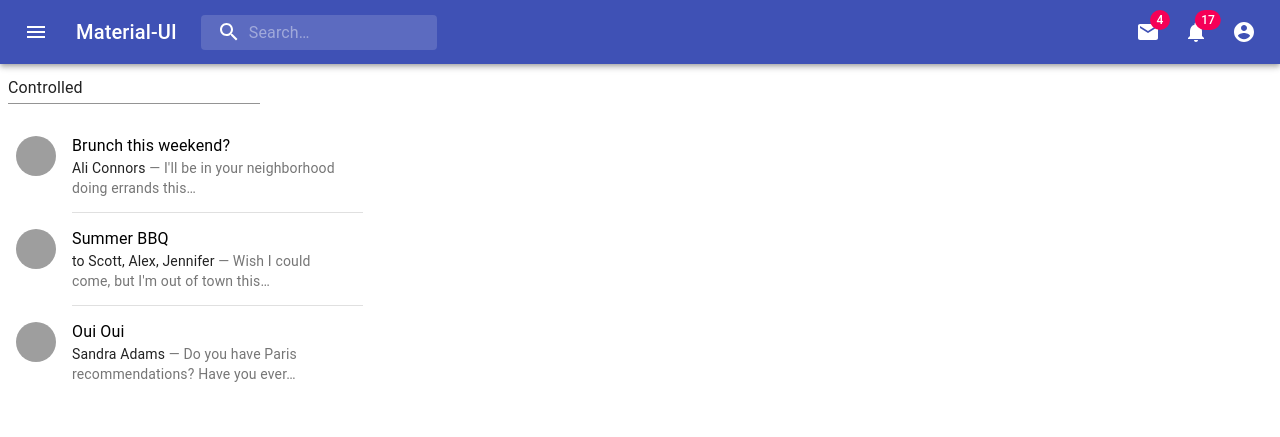
Repository: lude22/react_chat
Page: /
These files come from the project's save history. The page is drawn as it stood at one moment and after the next save; the edit follows.
The browser window is 1280 px wide. The pictures show the whole page.
Pictures or frames that could not be fetched are drawn as grey boxes. The project was rebuilt for these pictures with package versions that can differ from the ones it lists, and the page was loaded fresh each time. Also part of the build but not shown: webpack.config.js, src/App.css, src/styles/ChatList.css.

Above is the page before, as saved 2020-08-02 11:34:40.

### src/App.js
import React, {Component} from 'react';
// import logo from './logo.svg';
import './App.css';
import ButtonAppSearchBar from './components/ButtonAppSearchBar.js'
import InputField from './components/InputField.js'
import ChatList from './components/ChatList.js'

import './styles/ChatList.css'

class App extends Component{
  render(){
    return(
      <React.Fragment>
        <ButtonAppSearchBar />
        <InputField />
        <div classname="ChatList">
          <ChatList />
        </div>
      </React.Fragment>
    )
  }
}

// function App() {
//   return (
//     <div className="App">
//       <header className="App-header">
//         <img src={logo} className="App-logo" alt="logo" />
//         <p>
//           Edit <code>src/App.js</code> and save to reload.
//         </p>
//         <a
//           className="App-link"
//           href="https://reactjs.org"
//           target="_blank"
//           rel="noopener noreferrer"
//         >
//           Learn React
//         </a>
//       </header>
//     </div>
//   );
// }

export default App;

### src/components/ButtonAppSearchBar.js
import React from 'react';
import { fade, makeStyles } from '@material-ui/core/styles';
import AppBar from '@material-ui/core/AppBar';
import Toolbar from '@material-ui/core/Toolbar';
import IconButton from '@material-ui/core/IconButton';
import Typography from '@material-ui/core/Typography';
import InputBase from '@material-ui/core/InputBase';
import Badge from '@material-ui/core/Badge';
import MenuItem from '@material-ui/core/MenuItem';
import Menu from '@material-ui/core/Menu';
import MenuIcon from '@material-ui/icons/Menu';
import SearchIcon from '@material-ui/icons/Search';
import AccountCircle from '@material-ui/icons/AccountCircle';
import MailIcon from '@material-ui/icons/Mail';
import NotificationsIcon from '@material-ui/icons/Notifications';
import MoreIcon from '@material-ui/icons/MoreVert';

const useStyles = makeStyles((theme) => ({
  grow: {
    flexGrow: 1,
  },
  menuButton: {
    marginRight: theme.spacing(2),
  },
  title: {
    display: 'none',
    [theme.breakpoints.up('sm')]: {
      display: 'block',
    },
  },
  search: {
    position: 'relative',
    borderRadius: theme.shape.borderRadius,
    backgroundColor: fade(theme.palette.common.white, 0.15),
    '&:hover': {
      backgroundColor: fade(theme.palette.common.white, 0.25),
    },
    marginRight: theme.spacing(2),
    marginLeft: 0,
    width: '100%',
    [theme.breakpoints.up('sm')]: {
      marginLeft: theme.spacing(3),
      width: 'auto',
    },
  },
  searchIcon: {
    padding: theme.spacing(0, 2),
    height: '100%',
    position: 'absolute',
    pointerEvents: 'none',
    display: 'flex',
    alignItems: 'center',
    justifyContent: 'center',
  },
  inputRoot: {
    color: 'inherit',
  },
  inputInput: {
    padding: theme.spacing(1, 1, 1, 0),
    // vertical padding + font size from searchIcon
    paddingLeft: `calc(1em + ${theme.spacing(4)}px)`,
    transition: theme.transitions.create('width'),
    width: '100%',
    [theme.breakpoints.up('md')]: {
      width: '20ch',
    },
  },
  sectionDesktop: {
    display: 'none',
    [theme.breakpoints.up('md')]: {
      display: 'flex',
    },
  },
  sectionMobile: {
    display: 'flex',
    [theme.breakpoints.up('md')]: {
      display: 'none',
    },
  },
}));

export default function PrimarySearchAppBar() {
  const classes = useStyles();
  const [anchorEl, setAnchorEl] = React.useState(null);
  const [mobileMoreAnchorEl, setMobileMoreAnchorEl] = React.useState(null);

  const isMenuOpen = Boolean(anchorEl);
  const isMobileMenuOpen = Boolean(mobileMoreAnchorEl);

  const handleProfileMenuOpen = (event) => {
    setAnchorEl(event.currentTarget);
  };

  const handleMobileMenuClose = () => {
    setMobileMoreAnchorEl(null);
  };

  const handleMenuClose = () => {
    setAnchorEl(null);
    handleMobileMenuClose();
  };

  const handleMobileMenuOpen = (event) => {
    setMobileMoreAnchorEl(event.currentTarget);
  };

  const menuId = 'primary-search-account-menu';
  const renderMenu = (
    <Menu
      anchorEl={anchorEl}
      anchorOrigin={{ vertical: 'top', horizontal: 'right' }}
      id={menuId}
      keepMounted
      transformOrigin={{ vertical: 'top', horizontal: 'right' }}
      open={isMenuOpen}
      onClose={handleMenuClose}
    >
      <MenuItem onClick={handleMenuClose}>Profile</MenuItem>
      <MenuItem onClick={handleMenuClose}>My account</MenuItem>
    </Menu>
  );

  const mobileMenuId = 'primary-search-account-menu-mobile';
  const renderMobileMenu = (
    <Menu
      anchorEl={mobileMoreAnchorEl}
      anchorOrigin={{ vertical: 'top', horizontal: 'right' }}
      id={mobileMenuId}
      keepMounted
      transformOrigin={{ vertical: 'top', horizontal: 'right' }}
      open={isMobileMenuOpen}
      onClose={handleMobileMenuClose}
    >
      <MenuItem>
        <IconButton aria-label="show 4 new mails" color="inherit">
          <Badge badgeContent={4} color="secondary">
            <MailIcon />
          </Badge>
        </IconButton>
        <p>Messages</p>
      </MenuItem>
      <MenuItem>
        <IconButton aria-label="show 11 new notifications" color="inherit">
          <Badge badgeContent={11} color="secondary">
            <NotificationsIcon />
          </Badge>
        </IconButton>
        <p>Notifications</p>
      </MenuItem>
      <MenuItem onClick={handleProfileMenuOpen}>
        <IconButton
          aria-label="account of current user"
          aria-controls="primary-search-account-menu"
          aria-haspopup="true"
          color="inherit"
        >
          <AccountCircle />
        </IconButton>
        <p>Profile</p>
      </MenuItem>
    </Menu>
  );

  return (
    <div className={classes.grow}>
      <AppBar position="static">
        <Toolbar>
          <IconButton
            edge="start"
            className={classes.menuButton}
            color="inherit"
            aria-label="open drawer"
          >
            <MenuIcon />
          </IconButton>
          <Typography className={classes.title} variant="h6" noWrap>
            Material-UI
          </Typography>
          <div className={classes.search}>
            <div className={classes.searchIcon}>
              <SearchIcon />
            </div>
            <InputBase
              placeholder="Search…"
              classes={{
                root: classes.inputRoot,
                input: classes.inputInput,
              }}
              inputProps={{ 'aria-label': 'search' }}
            />
          </div>
          <div className={classes.grow} />
          <div className={classes.sectionDesktop}>
            <IconButton aria-label="show 4 new mails" color="inherit">
              <Badge badgeContent={4} color="secondary">
                <MailIcon />
              </Badge>
            </IconButton>
            <IconButton aria-label="show 17 new notifications" color="inherit">
              <Badge badgeContent={17} color="secondary">
                <NotificationsIcon />
              </Badge>
            </IconButton>
            <IconButton
              edge="end"
              aria-label="account of current user"
              aria-controls={menuId}
              aria-haspopup="true"
              onClick={handleProfileMenuOpen}
              color="inherit"
            >
              <AccountCircle />
            </IconButton>
          </div>
          <div className={classes.sectionMobile}>
            <IconButton
              aria-label="show more"
              aria-controls={mobileMenuId}
              aria-haspopup="true"
              onClick={handleMobileMenuOpen}
              color="inherit"
            >
              <MoreIcon />
            </IconButton>
          </div>
        </Toolbar>
      </AppBar>
      {renderMobileMenu}
      {renderMenu}
    </div>
  );
}

### src/components/InputField.js
import React from 'react';
import { makeStyles } from '@material-ui/core/styles';
import TextField from '@material-ui/core/TextField';

const useStyles = makeStyles((theme) => ({
  root: {
    '& .MuiTextField-root': {
      margin: theme.spacing(1),
      width: '25ch',
    },
  },
}));

export default function MultilineTextFields() {
  const classes = useStyles();
  const [value, setValue] = React.useState('Controlled');

  const handleChange = (event) => {
    setValue(event.target.value);
  };

  return (
    <form className={classes.root} noValidate autoComplete="off">
      <div>
        <TextField
          id="standard-multiline-flexible"
        //   label="Multiline"
          multiline
          rowsMax={4}
          value={value}
          onChange={handleChange}
        />
        {/* <TextField
          id="standard-textarea"
          label="Multiline Placeholder"
          placeholder="Placeholder"
          multiline
        />
        <TextField
          id="standard-multiline-static"
          label="Multiline"
          multiline
          rows={4}
          defaultValue="Default Value"
        />
      </div>
      <div>
        <TextField
          id="filled-multiline-flexible"
          label="Multiline"
          multiline
          rowsMax={4}
          value={value}
          onChange={handleChange}
          variant="filled"
        />
        <TextField
          id="filled-textarea"
          label="Multiline Placeholder"
          placeholder="Placeholder"
          multiline
          variant="filled"
        />
        <TextField
          id="filled-multiline-static"
          label="Multiline"
          multiline
          rows={4}
          defaultValue="Default Value"
          variant="filled"
        />
      </div>
      <div>
        <TextField
          id="outlined-multiline-flexible"
          label="Multiline"
          multiline
          rowsMax={4}
          value={value}
          onChange={handleChange}
          variant="outlined"
        />
        <TextField
          id="outlined-textarea"
          label="Multiline Placeholder"
          placeholder="Placeholder"
          multiline
          variant="outlined"
        />
        <TextField
          id="outlined-multiline-static"
          label="Multiline"
          multiline
          rows={4}
          defaultValue="Default Value"
          variant="outlined"
        /> */}
      </div>
    </form>
  );
}

### src/components/ChatList.js
import React from 'react';
import { makeStyles } from '@material-ui/core/styles';
import List from '@material-ui/core/List';
import ListItem from '@material-ui/core/ListItem';
import Divider from '@material-ui/core/Divider';
import ListItemText from '@material-ui/core/ListItemText';
import ListItemAvatar from '@material-ui/core/ListItemAvatar';
import Avatar from '@material-ui/core/Avatar';
import Typography from '@material-ui/core/Typography';

const useStyles = makeStyles((theme) => ({
  root: {
    width: '100%',
    maxWidth: '36ch',
    backgroundColor: theme.palette.background.paper,
  },
  inline: {
    display: 'inline',
  },
}));

export default function AlignItemsList() {
  const classes = useStyles();

  return (
    <List className={classes.root}>
      <ListItem alignItems="flex-start">
        <ListItemAvatar>
          <Avatar alt="Remy Sharp" src="/static/images/avatar/1.jpg" />
        </ListItemAvatar>
        <ListItemText
          primary="Brunch this weekend?"
          secondary={
            <React.Fragment>
              <Typography
                component="span"
                variant="body2"
                className={classes.inline}
                color="textPrimary"
              >
                Ali Connors
              </Typography>
              {" — I'll be in your neighborhood doing errands this…"}
            </React.Fragment>
          }
        />
      </ListItem>
      <Divider variant="inset" component="li" />
      <ListItem alignItems="flex-start">
        <ListItemAvatar>
          <Avatar alt="Travis Howard" src="/static/images/avatar/2.jpg" />
        </ListItemAvatar>
        <ListItemText
          primary="Summer BBQ"
          secondary={
            <React.Fragment>
              <Typography
                component="span"
                variant="body2"
                className={classes.inline}
                color="textPrimary"
              >
                to Scott, Alex, Jennifer
              </Typography>
              {" — Wish I could come, but I'm out of town this…"}
            </React.Fragment>
          }
        />
      </ListItem>
      <Divider variant="inset" component="li" />
      <ListItem alignItems="flex-start">
        <ListItemAvatar>
          <Avatar alt="Cindy Baker" src="/static/images/avatar/3.jpg" />
        </ListItemAvatar>
        <ListItemText
          primary="Oui Oui"
          secondary={
            <React.Fragment>
              <Typography
                component="span"
                variant="body2"
                className={classes.inline}
                color="textPrimary"
              >
                Sandra Adams
              </Typography>
              {' — Do you have Paris recommendations? Have you ever…'}
            </React.Fragment>
          }
        />
      </ListItem>
    </List>
  );
}

Loaded but not shown: public/index.html (common file); src/index.js (common file); src/index.css (common file); src/serviceWorker.js (common file)

After the next save:
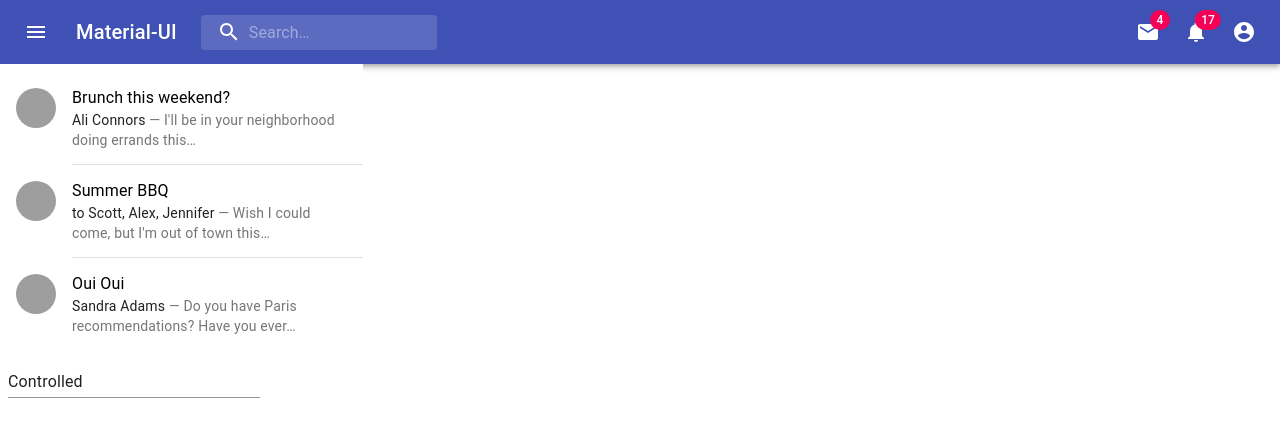
Saved 3 min 33 s later.
--- a/src/App.js
+++ b/src/App.js
@@ -12,10 +12,10 @@ class App extends Component{
     return(
       <React.Fragment>
         <ButtonAppSearchBar />
-        <InputField />
         <div classname="ChatList">
           <ChatList />
         </div>
+        <InputField />
       </React.Fragment>
     )
   }
